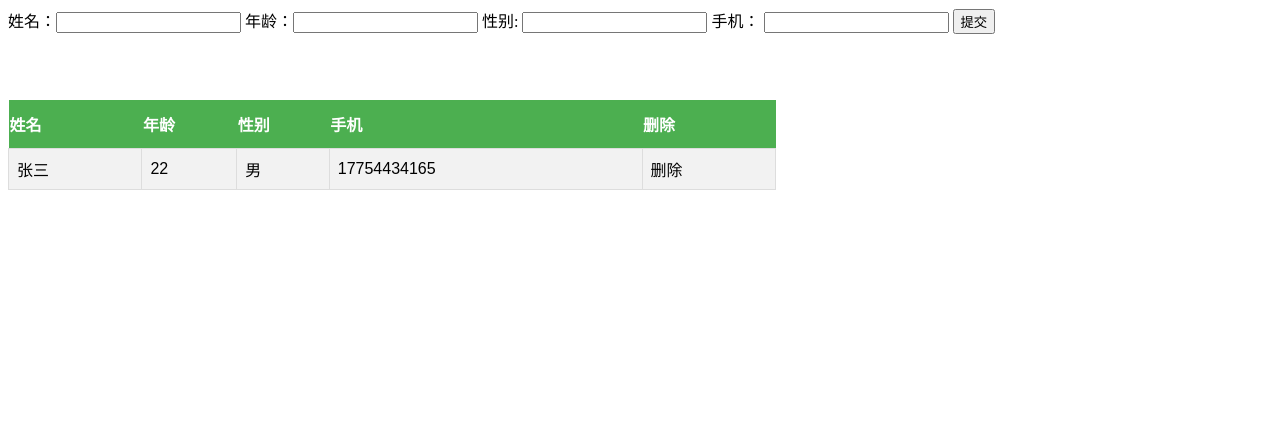
Repository: 1404413577/jsdemo
Page: small-demo/录入信息.html
The author's editor kept a copy of each file at every save. The page is drawn from the files as they stood at one save, then again after the next save.
The browser window is 1280 px wide. The pictures show the whole page.

Above is the page before, as saved 2022-11-20 15:29:11.

After the next save:
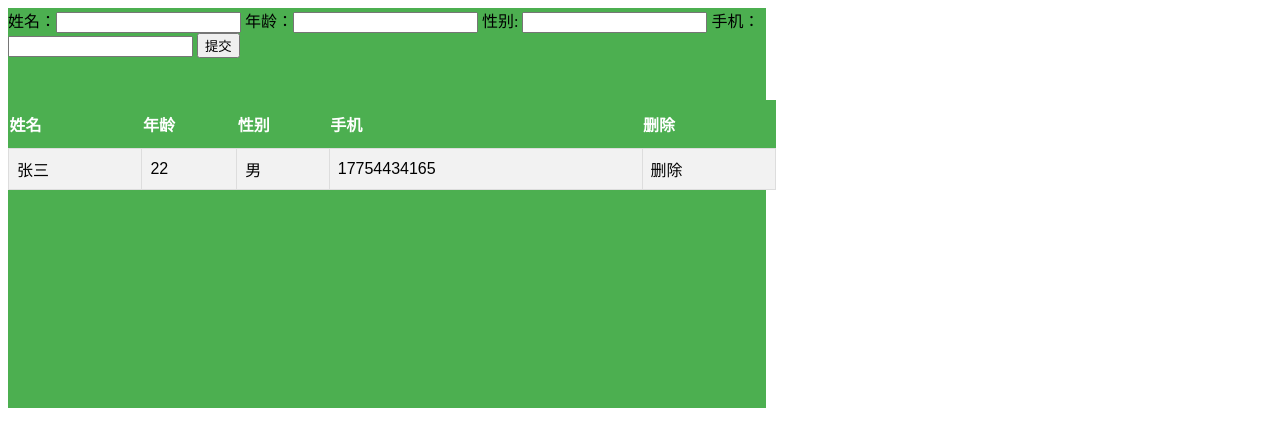
Saved 116 s later.
--- a/small-demo/录入信息.html
+++ b/small-demo/录入信息.html
@@ -36,11 +36,16 @@
             background-color: #4CAF50;
             color: white;
         }
+        .main{
+            width: 60%;
+            height: 400px;
+            background-color: #4CAF50;
+        }
     </style>
 </head>
 
 <body>
-    <div>
+    <div class="main">
         姓名：<input type="text">
         年龄：<input type="text">
         性别: <input type="number">
